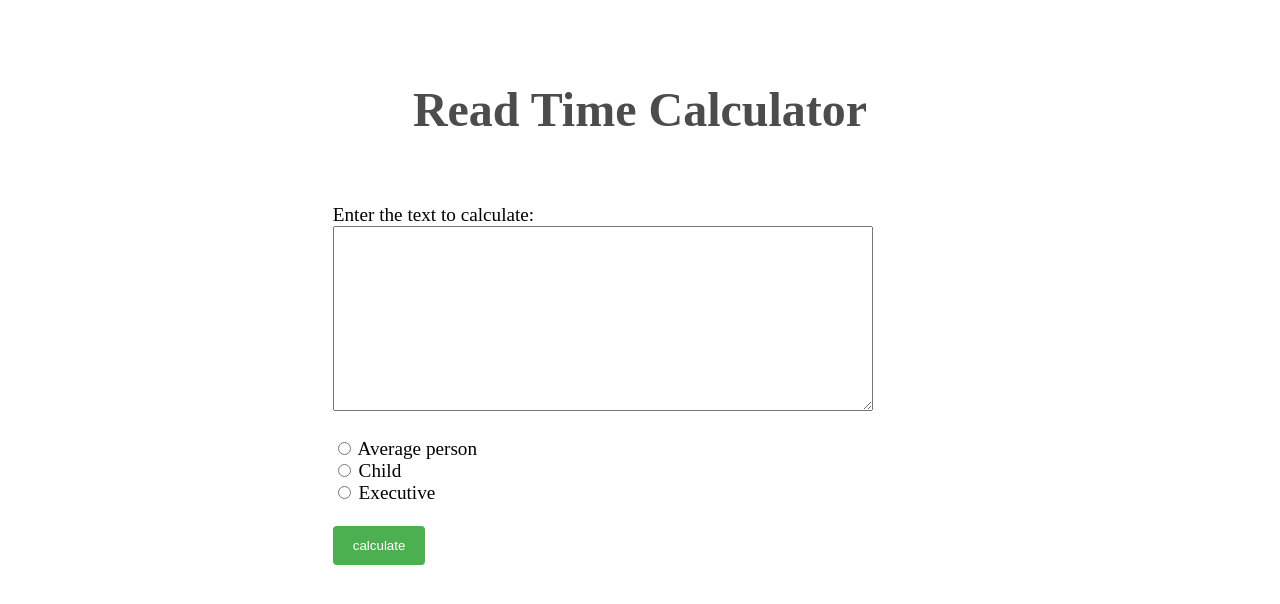
Repository: Full-Creative/Projects
Page: http://localhost/ReadTimeCalculator/
An editor plug-in stored every save of this project. The page is shown before and after the next save, followed by the edit.
The browser window is 1280 px wide. The pictures show the whole page.
The page is served by Tomcat 9.

Above is the page before, as saved 2020-11-19 10:30:26.

After the next save:
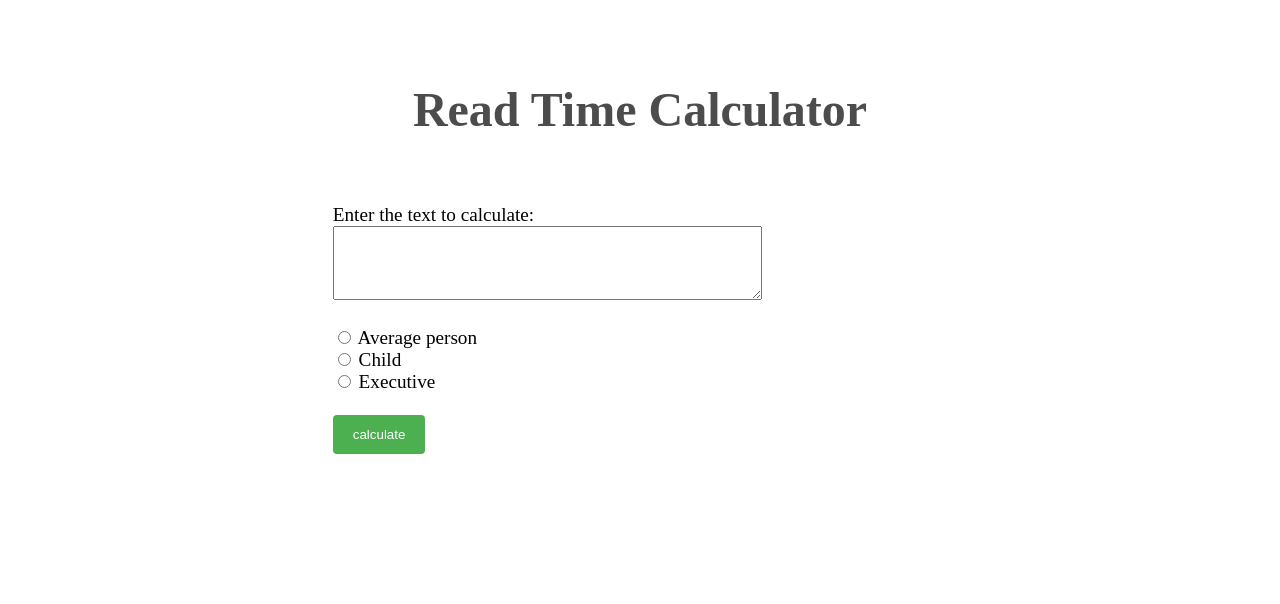
Saved 19 s later.
--- a/ReadTimeCalculator/src/main/webapp/mystyle.css
+++ b/ReadTimeCalculator/src/main/webapp/mystyle.css
@@ -39,7 +39,7 @@ nav a {
 }
 
 .userInput #data{
-	padding: 10%;
+	padding: 1%;
 }
 
 .userInput #calculate {
